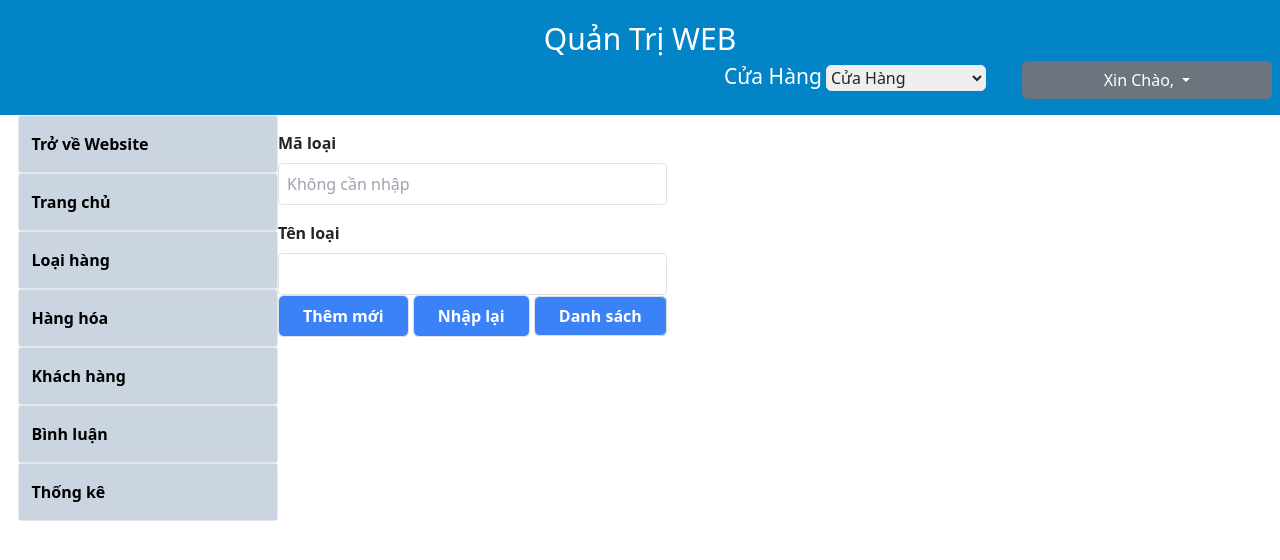
Repository: Leduc20/Website-Shopping-Clothes-Men-master
Page: http://localhost/webbanhang/admin/?danh-muc
These files come from the project's save history. The page is drawn as it stood at one moment and after the next save; the edit follows.
The browser window is 1280 px wide. The pictures show the whole page.
Some web fonts or font styles are not loaded; a fallback is used. Some web libraries are served in a nearby version. The page is run by PHP 8.4 with error messages shown; the project is at /var/www/html/.

Above is the page before, as saved 2022-11-14 19:19:59.

After the next save:
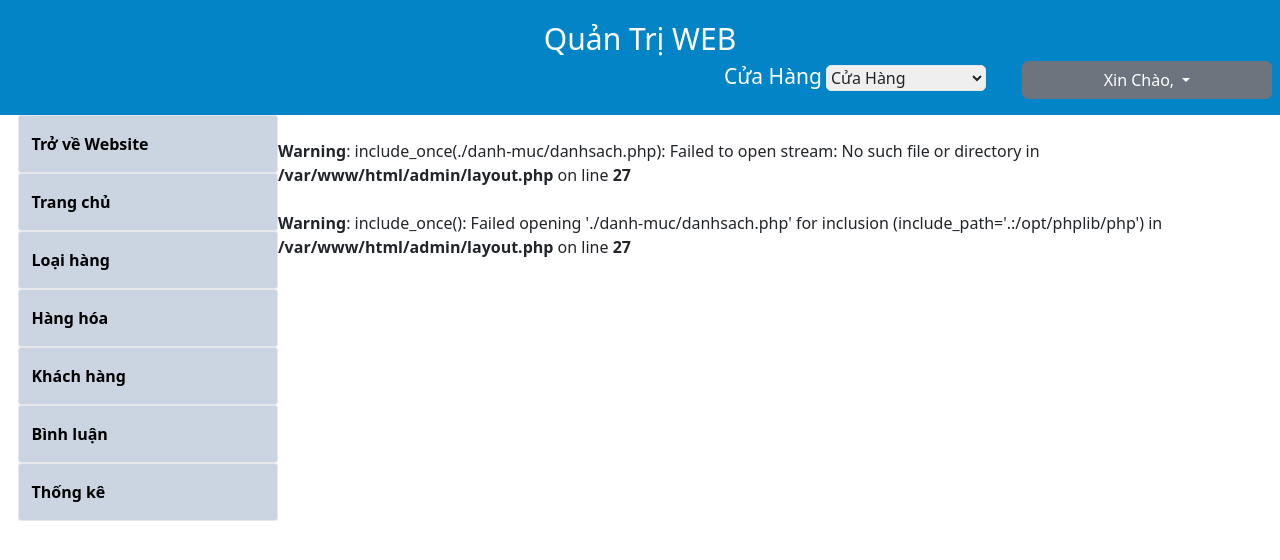
Saved 14 s later.
--- a/admin/index.php
+++ b/admin/index.php
@@ -2,7 +2,7 @@
     require_once '../global.php';
     require_once '../model/pdo.php';
     if(isset($_GET['danh-muc'])){
-        $VIEW_AD = './danh-muc/add-danh-muc.php';
+        $VIEW_AD = './danh-muc/danhsach.php';
     }
     else{
         $VIEW_AD = 'home.php';
